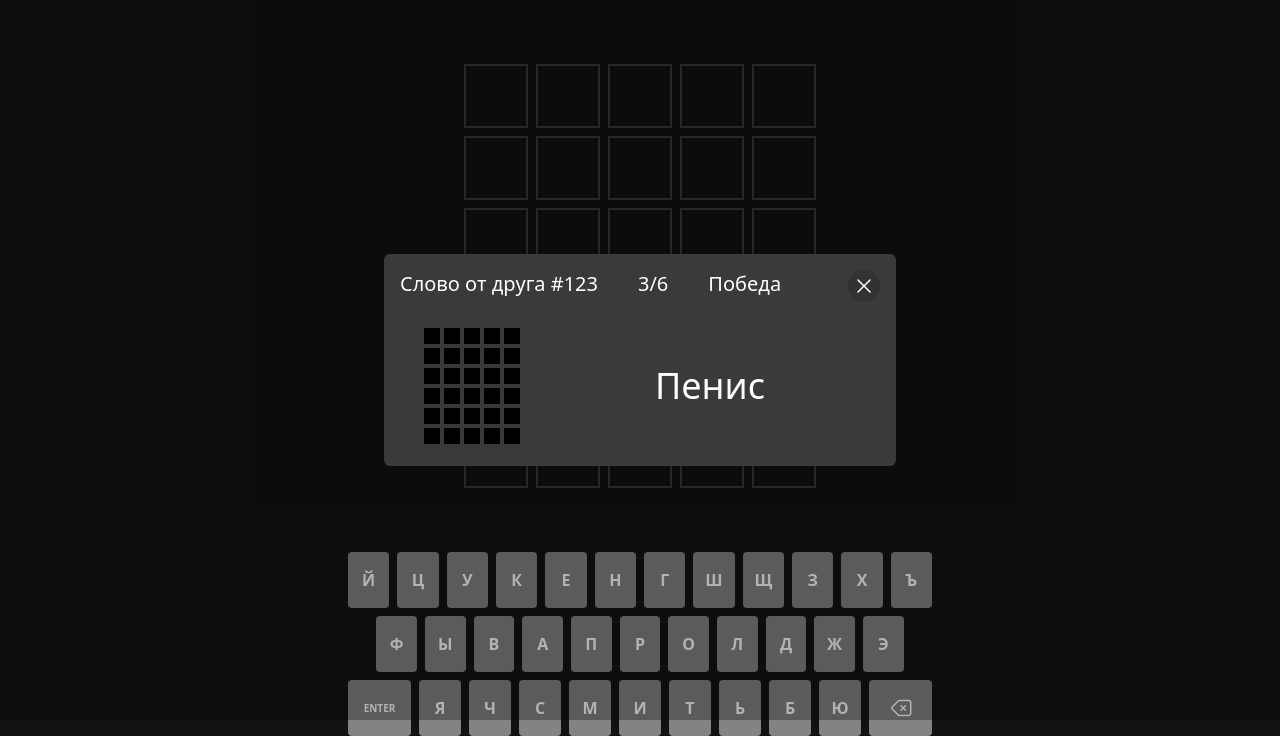
Repository: maxempolk/wordle-app
Page: / (app in frontend/)
The author's editor kept a copy of each file at every save. The page is drawn from the files as they stood at one save, then again after the next save.
The browser window is 1280 px wide. The pictures show the whole page.
The page's requests for data from a server got no answer. The project was rebuilt for these pictures with package versions that can differ from the ones it lists, and the page was loaded fresh each time. No one was signed in, and anything a server would have sent is missing. Also part of the build but not shown: frontend/vite.config.ts.

Above is the page before, as saved 2025-02-24 00:59:16.

### frontend/src/main.ts
import './assets/main.css'
import { createApp } from 'vue'
import { createPinia } from 'pinia'
import App from './App.vue'
import { useRealWordStore } from './stores/realWord'

const app = createApp(App)

app.use(createPinia())

useRealWordStore().fetchWord()

app.mount('#app')

### frontend/src/assets/main.css
@import 'tailwindcss';

body {
  background-color: #121213;
}

### frontend/src/stores/realWord.ts
import { defineStore } from 'pinia';
import { getWord } from '@/api/getWord';

interface RealWordState {
  word: string | null;
}

export const useRealWordStore = defineStore('realWord', {
  state: (): RealWordState => ({
    word: null,
  }),
  actions: {
    async fetchWord(): Promise<void> {
      this.word = await getWord();
    },
  },
});

export type RealWordStore = ReturnType<typeof useRealWordStore>;

### frontend/src/components/TheMessage.vue
<script setup lang="ts">
import { ref } from 'vue'

defineProps<{
  modelValue: string
}>()

const isAnimated = ref(false)
const isVanishing = ref(false)
const isHidden = ref(true)

const vanishIt = () => {
  isVanishing.value = true

  setTimeout(() => {
    isHidden.value = true
    isVanishing.value = false
  }, 990)
}

const animateIt = () => {
  if (isAnimated.value) return

  isHidden.value = false
  isAnimated.value = true

  setTimeout(() => {
    isAnimated.value = false
    vanishIt()
  }, 1500)
}

defineExpose({ animateIt, isHidden })
</script>

<template>
  <div class="fixed flex w-screen justify-center top-5 z-[999]">
    <div
      class="bg-white rounded-md text-black text-md py-2 px-4 select-none"
      :class="{ drive: isAnimated, vanish: isVanishing, hidden: isHidden }"
    >
      {{ modelValue }}
    </div>
  </div>
</template>

<style scoped>
@keyframes driveAnimation {
  0% {
    transform: translateY(-100px);
  }
  100% {
    transform: translateY(0);
  }
}

@keyframes vanishAnimation {
  0% {
    opacity: 1;
  }
  100% {
    opacity: 0;
  }
}

.vanish {
  animation: 1s vanishAnimation linear;
}

.drive {
  animation: 0.5s driveAnimation ease-out;
}
</style>

### frontend/src/components/ResultModal.vue
<script setup lang="ts">
import { XMarkIcon } from '@heroicons/vue/24/solid'
import { stateToColor } from '@/utils/stateToColor';

defineProps<{
  result: string[]
}>()

</script>

<template>
  <div class="flex w-screen h-screen fixed z-[999] justify-center items-center bg-[#0000004d]">
    <div class="relative rounded-md p-4 w-128 bg-[#3A3A3C] text-white">
      <h1 class="flex gap-10 text-xl">
        <span>Слово от друга #123</span>
        <span>3/6</span>
        <span>Победа</span>
      </h1>

      <div class="flex items-center gap-5 mt-6 h-32">
        <div class="grid grid-cols-5 w-24 gap-1 ml-6">
          <p class="flex bg-black size-4" v-for="i in 30" ></p>
        </div>
        <p class="text-4xl text-center flex-[1]">Пенис</p>
      </div>

      <button class="absolute top-4 right-4 size-8 rounded-full flex justify-center items-center bg-[#00000020] hover:bg-[#00000060] focus:bg-[#00000080] cursor-pointer duration-300">
        <XMarkIcon class="size-6"/>
      </button>
    </div>
  </div>
</template>

<style scoped>
</style>

### frontend/src/components/TheLetter.vue
<script setup lang="ts">
import { computed, ref, watch } from 'vue'
import { type State } from '@/types/state'
import { stateToColor } from '@/utils/stateToColor'

const props = defineProps<{
  modelValue?: string
}>()

const isRotated = ref(false)
const isScaled = ref(false)
const isShaked = ref(false)
const colors = ref<string[]>([])

const scaleAnimation = () => {
  isScaled.value = true

  setTimeout(() => {
    isScaled.value = false
  }, 150)
}

const shakeIt = () => {
  if (isShaked.value) return
  isShaked.value = true

  setTimeout(() => {
    isShaked.value = false
  }, 1000)
}

const completeAnimation = (state: State) => {
  isRotated.value = true

  setTimeout(() => {
    colors.value = stateToColor(state)
  }, 150)
}

const borderDefaultColor = computed(() => {
  if (isRotated.value) return ''
  if (props.modelValue == undefined) if (props.modelValue === undefined) return 'border-[#3A3A3C]'
  return 'border-[#565758]'
})

watch(
  () => props.modelValue,
  () => {
    scaleAnimation()
  },
)

defineExpose({ completeAnimation, shakeIt })
</script>

<template>
  <div
    class="w-14 h-14 md:w-16 md:h-16 border-2 text-white flex justify-center items-center text-3xl uppercase duration-150"
    :class="[
      ...colors,
      borderDefaultColor,
      { rotateAnimation: isRotated },
      { 'scale-110': isScaled },
      { shakeAnimation: isShaked },
    ]"
    ref="block"
  >
    {{ modelValue }}
  </div>
</template>

<style scoped>
@keyframes rotateAnimationKeyFrames {
  0% {
    transform: scaleY(1);
  }
  50% {
    transform: scaleY(0);
  }
  100% {
    transform: scaleY(1);
  }
}

@keyframes shake {
  0%,
  100% {
    transform: translateX(0);
  }
  10% {
    transform: translateX(-20px);
  }
  20% {
    transform: translateX(15px);
  }
  30% {
    transform: translateX(-10px);
  }
  40% {
    transform: translateX(5px);
  }
  50% {
    transform: translateX(-2px);
  }
  60% {
    transform: translateX(1px);
  }
  70% {
    transform: translateX(0);
  }
}

.rotateAnimation {
  animation: rotateAnimationKeyFrames 0.3s linear;
}

.shakeAnimation {
  animation: shake 0.6s linear;
}
</style>

### frontend/src/components/TheKeyboard.vue
<script setup lang="ts">
import TheKeyboardLetter from './TheKeyboardLetter.vue'
import TheBackspaceKey from './TheBackspaceKey.vue'
import { useUserWordStore } from '@/stores/usrWord'

const alph1 = 'ЙЦУКЕНГШЩЗХЪ'
const alph2 = 'ФЫВАПРОЛДЖЭ'
const alph3 = 'ЯЧСМИТЬБЮ'

const emit = defineEmits(['enterWord', 'backspace'])

const userWordStore = useUserWordStore()

const keyPress = (char: string) => {
  userWordStore.addLetter(char)
}
</script>

<template>
  <div class="grid gap-1 sm:gap-2 w-full sm:w-150 px-2">
    <div class="row top-row gap-1 sm:gap-2">
      <TheKeyboardLetter
        :model-value="char"
        v-for="char in alph1"
        :key="'letter-' + char"
        @click="keyPress(char)"
      />
    </div>

    <div class="row middle-row gap-1 sm:gap-2">
      <div></div>
      <TheKeyboardLetter
        :model-value="char"
        v-for="char in alph2"
        :key="'letter-' + char"
        @click="keyPress(char)"
      />
      <div></div>
    </div>

    <div class="row bottom-row gap-1 sm:gap-2">
      <TheKeyboardLetter :model-value="'Enter'" @click="emit('enterWord')" class="text-[10px]" />
      <TheKeyboardLetter
        v-for="char in alph3"
        :key="'letter-' + char"
        :model-value="char"
        @click="keyPress(char)"
      />
      <theBackspaceKey @click="emit('backspace')" />
    </div>
  </div>
</template>

<style scoped>
.row {
  display: grid;
}

.top-row {
  grid-template-columns: repeat(12, 1fr);
}

.middle-row {
  grid-template-columns: 0.5fr repeat(11, 1fr) 0.5fr;
}

.bottom-row {
  grid-template-columns: 1.5fr repeat(9, 1fr) 1.5fr;
}
</style>

### frontend/src/stores/usrWord.ts
import { defineStore } from 'pinia'
import { isLetter } from '../utils/letter'

export const useUserWordStore = defineStore('userWord', {
  state: () => ({
    word: '',
  }),
  getters: {},
  actions: {
    popLetter() {
      this.word = this.word.slice(0, -1)
    },
    addLetter(letter: string) {
      if (isLetter(letter) && this.word.length < 5) this.word += letter
    },
    clear() {
      this.word = ''
    },
  },
})

### frontend/src/composables/useGameLogic.ts
import { isRealWord } from '@/api/isRealWord'
import type theMessage from '@/components/TheMessage.vue'
import type theLetter from '@/components/TheLetter.vue'
import { useRealWordStore } from '@/stores/realWord'
import { useUsedLettersStore } from '@/stores/usedLetters'
import { useUserWordStore } from '@/stores/usrWord'
import { wordleAlgh } from '@/utils/wordle'
import { computed, ref, type Ref } from 'vue'
import { useAnimations } from './useAnimations';
import { type gameState } from '@/types/gameState'

type messageType = InstanceType<typeof theMessage>
type letterType = InstanceType<typeof theLetter>

export function useGameLogic(
  words: Ref<string[]>,
  messageValue: Ref<string>,
  messageComp: Ref<messageType | null>,
  letters: Ref<letterType[] | null>
) {
  const usrWordStore = useUserWordStore()
  const realWordStore = useRealWordStore()
  const usedLettersStore = useUsedLettersStore()

  const { shakeCurrentWord, completeWord } = useAnimations(letters);

  const slotsForCurrentWord = computed(() => {
    return Array.from({ length: 5 }, (_, i) => words.value.length * 5 + i)
  })

  const popLetter = () => {
    if (usrWordStore.word.length == 0) {
      showError('Not a single letter')
      shakeCurrentWord(slotsForCurrentWord.value)
    } else usrWordStore.popLetter()
  }

  const showError = (message: string) => {
    if (messageComp.value?.isHidden) {
      messageComp.value.animateIt()
      messageValue.value = message
    }
  }

  const enterWord = async () => {
    const isReal = await isRealWord(usrWordStore.word)
    if (!isReal) {
      showError('Not in word list')
      shakeCurrentWord( slotsForCurrentWord.value )
      return
    }

    if (usrWordStore.word.length !== 5) {
      showError('Not enough letter')
      shakeCurrentWord( slotsForCurrentWord.value )
      return
    }

    const wordState = wordleAlgh(usrWordStore.word, realWordStore.word || '')

    if(wordState.every((item) => item === 'placed')) return 'win'
    else if(words.value.length == 5) return 'loss'

    console.log( wordState.every((item) => item === 'placed'), words.value.length )

    wordState.forEach((state, index) => {
      usedLettersStore.addToBuffer(usrWordStore.word[index], state)
    })

    setTimeout(() => usedLettersStore.save(), 1500)

    completeWord(slotsForCurrentWord.value, wordState)

    words.value.push(usrWordStore.word)
    usrWordStore.clear()
  }

  return { enterWord, popLetter }
}

### frontend/src/api/getWord.ts
// import { AxiosError } from 'axios';
import { api } from './index'
import { AxiosError } from 'axios';

interface WordResponse {
  word: string;
}

export async function getWord(): Promise<string | null> {
  try {
    const response = await api.get<WordResponse>('/word');
    return response.data.word;
  } catch (error) {
    if (error instanceof AxiosError) {
      console.error('API error:', error.message);
      if (error.response?.status === 404) {
        console.error('Word not found');
      }
    } else {
      console.error('Unexpected error:', error);
    }
    return null;
  }
}

### frontend/src/utils/stateToColor.ts
import { type State } from "@/types/state"

export const stateToColor = (state: State) => {
  if (state == 'placed') return ['bg-[#548D4F]', 'border-[#548D4F]']
  else if (state == 'in-word') return ['bg-[#B69F3B]', 'border-[#B69F3B]']
  return ['bg-[#3A3A3C]', 'border-[#3A3A3C]']
  // else if (state == 'wrong') return 'bg-[#3A3A3C]'
}

### frontend/src/components/TheKeyboardLetter.vue
<script setup lang="ts">
import { type State } from '@/types/state'
import { useUsedLettersStore } from '@/stores/usedLetters'
import { computed, ref } from 'vue'

const usedLettersStore = useUsedLettersStore()
const isScaled = ref(false)

const props = defineProps<{
  modelValue: string
}>()

const stateToBackground = (state: State | 'empty') => {
  if (state == 'placed') return 'bg-[#548D4F]'
  else if (state == 'in-word') return 'bg-[#B69F3B]'
  else if (state == 'wrong') return 'bg-[#3A3A3C]'
  return 'bg-[#818384]'
}

const state = computed(() => {
  const obj = usedLettersStore.letters.find((item) => {
    return item.letter.toLowerCase() === props.modelValue.toLowerCase()
  })
  if (obj === undefined) return 'empty'
  return obj.state
})

const scaleAnimation = () => {
  isScaled.value = true

  setTimeout(() => {
    isScaled.value = false
  }, 100)
}
</script>

<template>
  <button
    class="flex-1 h-12 sm:h-14 rounded-sm flex justify-center items-center uppercase text-white font-bold cursor-pointer select-none keyboardLetterButton duration-100"
    :class="[stateToBackground(state), { 'scale-110': isScaled }]"
    @click="scaleAnimation"
  >
    {{ modelValue }}
  </button>
</template>

### frontend/src/components/TheBackspaceKey.vue
<script setup lang="ts">
import { ref } from 'vue'

const isScaled = ref(false)

const scaleAnimation = () => {
  if (isScaled.value) return
  isScaled.value = true

  setTimeout(() => {
    isScaled.value = false
  }, 100)
}
</script>

<template>
  <div
    class="flex-1 h-12 sm:h-14 rounded-sm flex justify-center items-center uppercase text-white font-bold cursor-pointer select-none bg-[#818384] duration-100"
    :class="{ 'scale-110': isScaled }"
    @click="scaleAnimation"
  >
    <svg
      xmlns="http://www.w3.org/2000/svg"
      fill="none"
      viewBox="0 0 24 24"
      stroke-width="1.5"
      stroke="currentColor"
      class="size-6"
    >
      <path
        stroke-linecap="round"
        stroke-linejoin="round"
        d="M12 9.75 14.25 12m0 0 2.25 2.25M14.25 12l2.25-2.25M14.25 12 12 14.25m-2.58 4.92-6.374-6.375a1.125 1.125 0 0 1 0-1.59L9.42 4.83c.21-.211.497-.33.795-.33H19.5a2.25 2.25 0 0 1 2.25 2.25v10.5a2.25 2.25 0 0 1-2.25 2.25h-9.284c-.298 0-.585-.119-.795-.33Z"
      />
    </svg>
  </div>
</template>

### frontend/src/utils/letter.ts
export function isLetter(char: string): boolean {
  return char.length == 1 && /[а-яА-Я]/.test(char)
}

### frontend/src/api/isRealWord.ts
// import { AxiosError } from 'axios';
import { api } from './index'
import { AxiosError } from 'axios'

interface isRealResponse {
  isReal: boolean
}

export async function isRealWord(word: string): Promise<boolean> {
  try {
    const response = await api.get<isRealResponse>('/isReal', {
      params: {
        word: word,
      },
    })
    return response.data.isReal
  } catch (error) {
    if (error instanceof AxiosError) {
      console.error('API error:', error.message)
      if (error.response?.status === 404) {
        console.error('Word not found')
      }
    } else {
      console.error('Unexpected error:', error)
    }
    return false
  }
}

### frontend/src/stores/usedLetters.ts
import { defineStore } from 'pinia'
import { type KeyboardLetter } from '@/types/keyboardLetters'
import type { State } from '@/types/state'

export const useUsedLettersStore = defineStore('usedLetters', {
  state: () => ({
    used: [] as KeyboardLetter[],
    buffer: [] as KeyboardLetter[],
  }),
  getters: {
    letters: (state) => state.used,
  },
  actions: {
    add(letter: string, state: State) {
      this.used.push({ letter: letter, state: state })
    },
    addToBuffer(letter: string, state: State) {
      this.buffer.push({ letter: letter, state: state })
    },
    save() {
      this.used = this.used.concat(this.buffer)
    },
  },
})

### frontend/src/utils/wordle.ts
import type { State } from '@/types/state'

export function wordleAlgh(guess: string, secretWord: string): State[] {
  guess = guess.toLowerCase()
  secretWord = secretWord.toLowerCase()

  if (guess.length !== secretWord.length) {
    throw new Error('Words must be of the same length')
  }

  const result: State[] = Array(guess.length).fill('wrong')
  const secretWordCount: { [key: string]: number } = {}

  for (const char of secretWord) {
    secretWordCount[char] = (secretWordCount[char] || 0) + 1
  }

  for (let i = 0; i < guess.length; i++) {
    if (guess[i] === secretWord[i]) {
      result[i] = 'placed'
      secretWordCount[guess[i]]--
    }
  }

  for (let i = 0; i < guess.length; i++) {
    if (result[i] === 'wrong' && secretWordCount[guess[i]] > 0) {
      result[i] = 'in-word'
      secretWordCount[guess[i]]--
    }
  }

  return result
}

### frontend/src/composables/useAnimations.ts
import theLetter from "@/components/TheLetter.vue"
import type { State } from "@/types/state";
import type { Ref } from "vue";

type letterType = InstanceType<typeof theLetter>

export function useAnimations(letters: Ref<letterType[] | null>) {
  const getLetter = (slot: number) => letters.value?.[slot];

  const shakeCurrentWord = (slots: number[]) => {
    slots.forEach((slot) => {
      const el = getLetter(slot);
      if (el) el.shakeIt();
    });
  };

  const completeWord = (slots: number[], states: State[]) => {
    slots.forEach((slot, index) => {
      setTimeout(() => requestAnimationFrame(() => letters.value?.[slot].completeAnimation(states[index])), 300 * index)
    })
  }


  return { shakeCurrentWord, completeWord };
}

### frontend/src/api/index.ts
import axios from "axios";

// TODO: сделать проверку на существование VITE_APP_API_URL если что вывести заметную ошибку
export const api = axios.create({
  baseURL: import.meta.env.VITE_APP_API_URL,
  timeout: 5000,
  headers: {
    'Content-Type': 'application/json',
  },
});

Loaded but not shown: frontend/index.html (common file); frontend/src/App.vue (160 lines, source omitted)

After the next save:
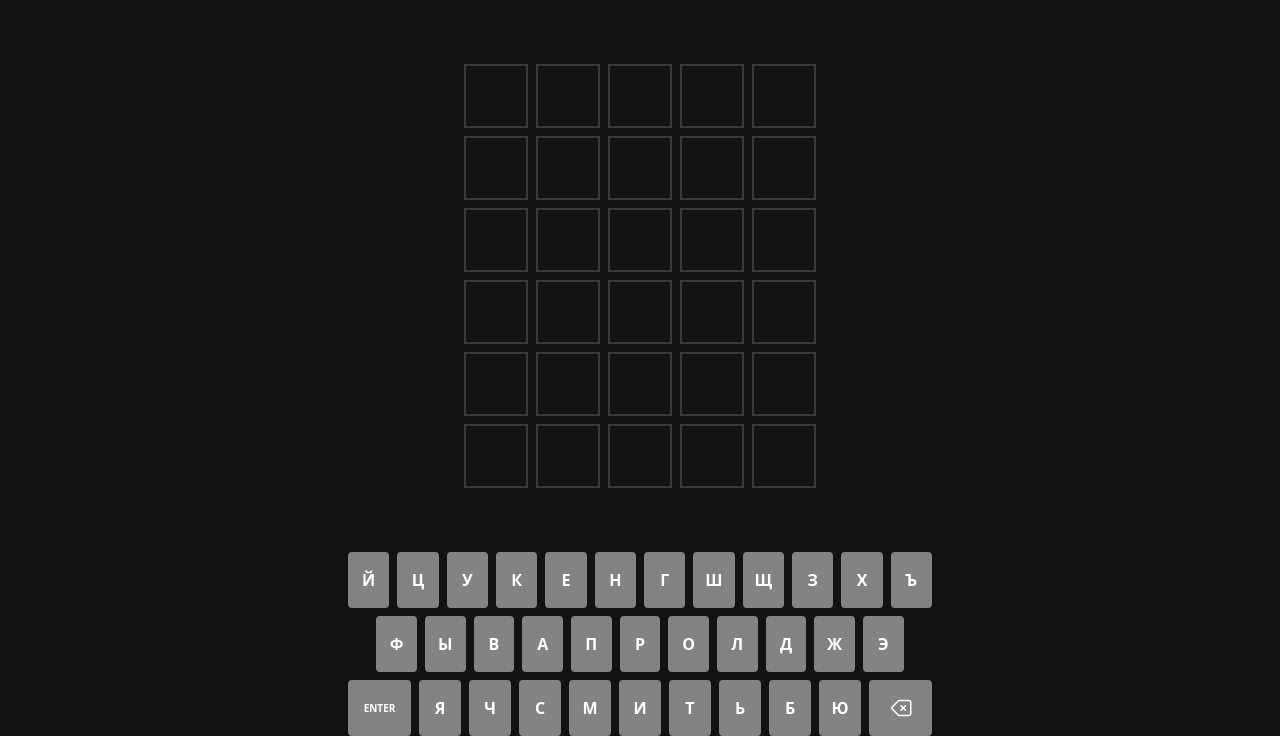
Saved 10 s later.
--- a/frontend/src/composables/useGameLogic.ts
+++ b/frontend/src/composables/useGameLogic.ts
@@ -21,6 +21,7 @@
   const usrWordStore = useUserWordStore()
   const realWordStore = useRealWordStore()
   const usedLettersStore = useUsedLettersStore()
+  const stateOfGame = ref<gameState>('in-game')
 
   const { shakeCurrentWord, completeWord } = useAnimations(letters);
 
@@ -49,7 +50,6 @@
       shakeCurrentWord( slotsForCurrentWord.value )
       return
     }
-
     if (usrWordStore.word.length !== 5) {
       showError('Not enough letter')
       shakeCurrentWord( slotsForCurrentWord.value )
@@ -75,5 +75,5 @@
     usrWordStore.clear()
   }
 
-  return { enterWord, popLetter }
+  return { enterWord, popLetter, stateOfGame }
 }

After the 4 saves that followed:
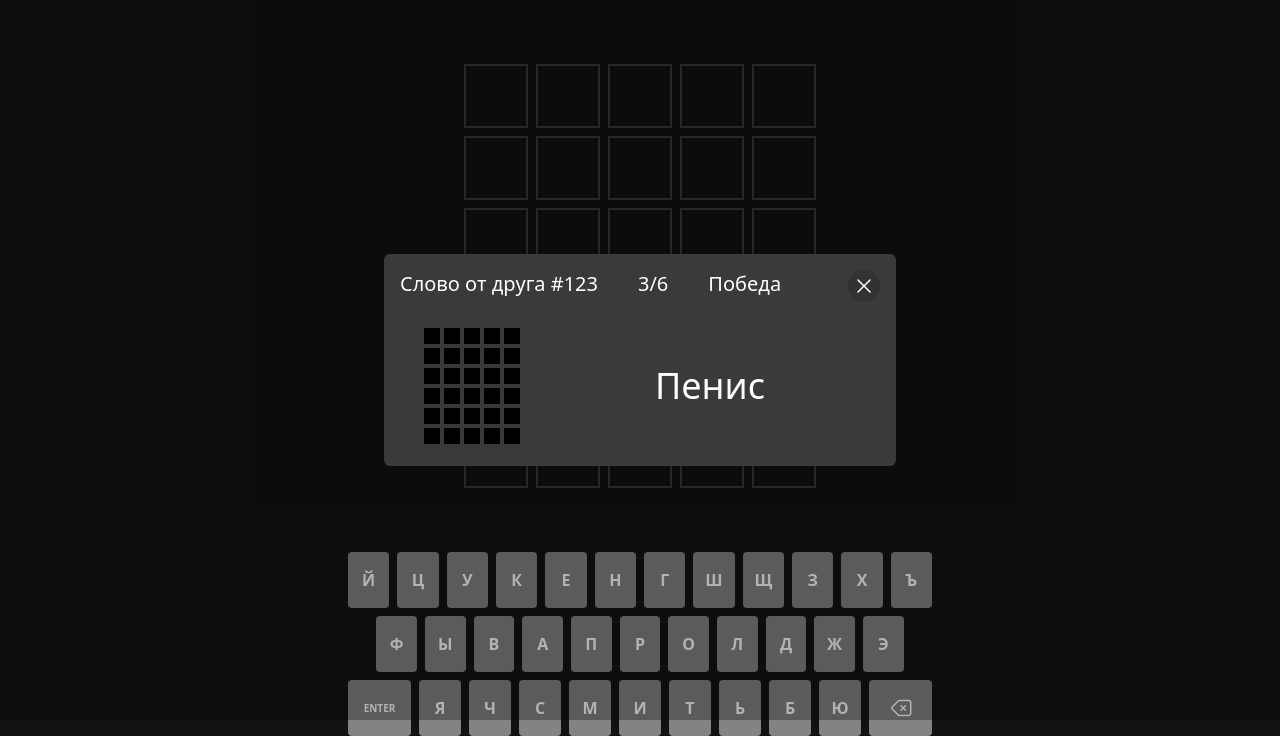
The 4 saves are shown as one change because 1 left the picture as it was and some came seconds apart.
The last was saved 24 s later.
--- a/frontend/src/composables/useGameLogic.ts
+++ b/frontend/src/composables/useGameLogic.ts
@@ -58,9 +58,6 @@
 
     const wordState = wordleAlgh(usrWordStore.word, realWordStore.word || '')
 
-    if(wordState.every((item) => item === 'placed')) return 'win'
-    else if(words.value.length == 5) return 'loss'
-
     console.log( wordState.every((item) => item === 'placed'), words.value.length )
 
     wordState.forEach((state, index) => {
@@ -75,5 +72,5 @@
     usrWordStore.clear()
   }
 
-  return { enterWord, popLetter, stateOfGame }
+  return { enterWord, popLetter }
 }
